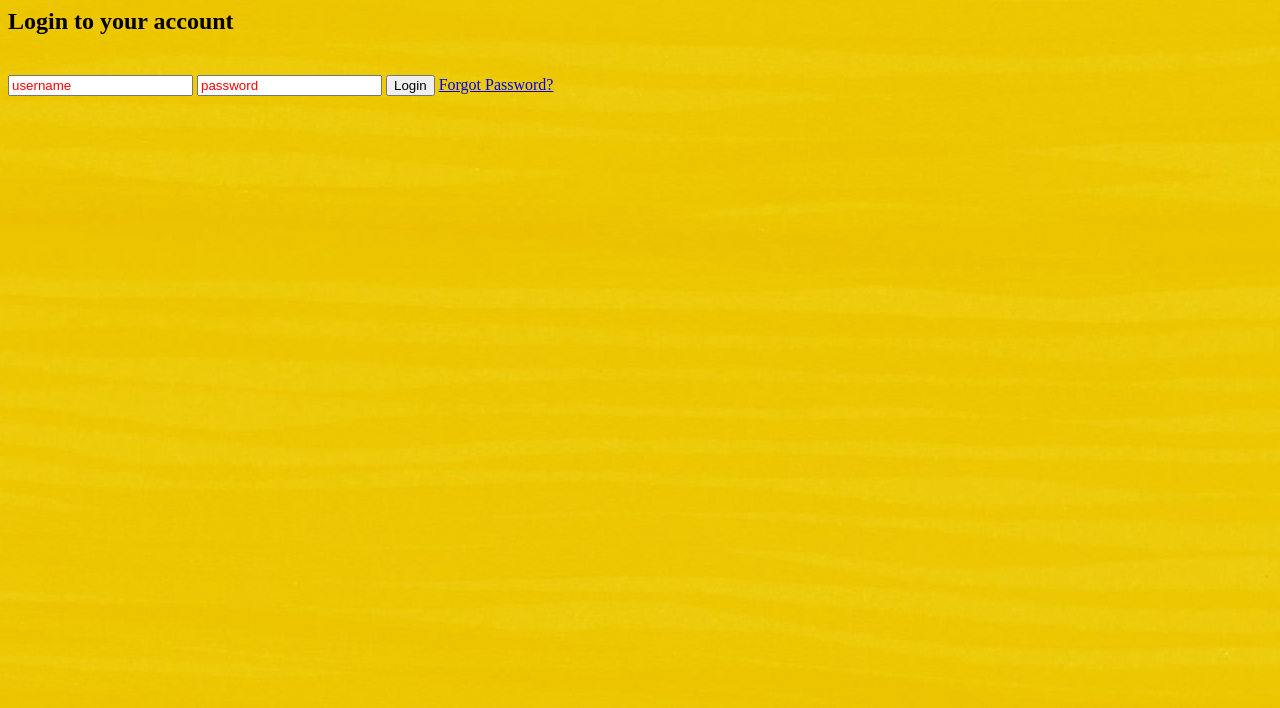
Repository: praveenshetg/GOLDEN-ROD
Page: Duolingo/papi-front/WebContent/login.html
These files come from the project's save history. The page is drawn as it stood at one moment and after a run of saves; the edit follows.
The browser window is 1280 px wide. The pictures show the whole page.

Above is the page before, as saved 2018-05-10 13:15:21.
Console error: ReferenceError: $ is not defined

After the next 2 saves:
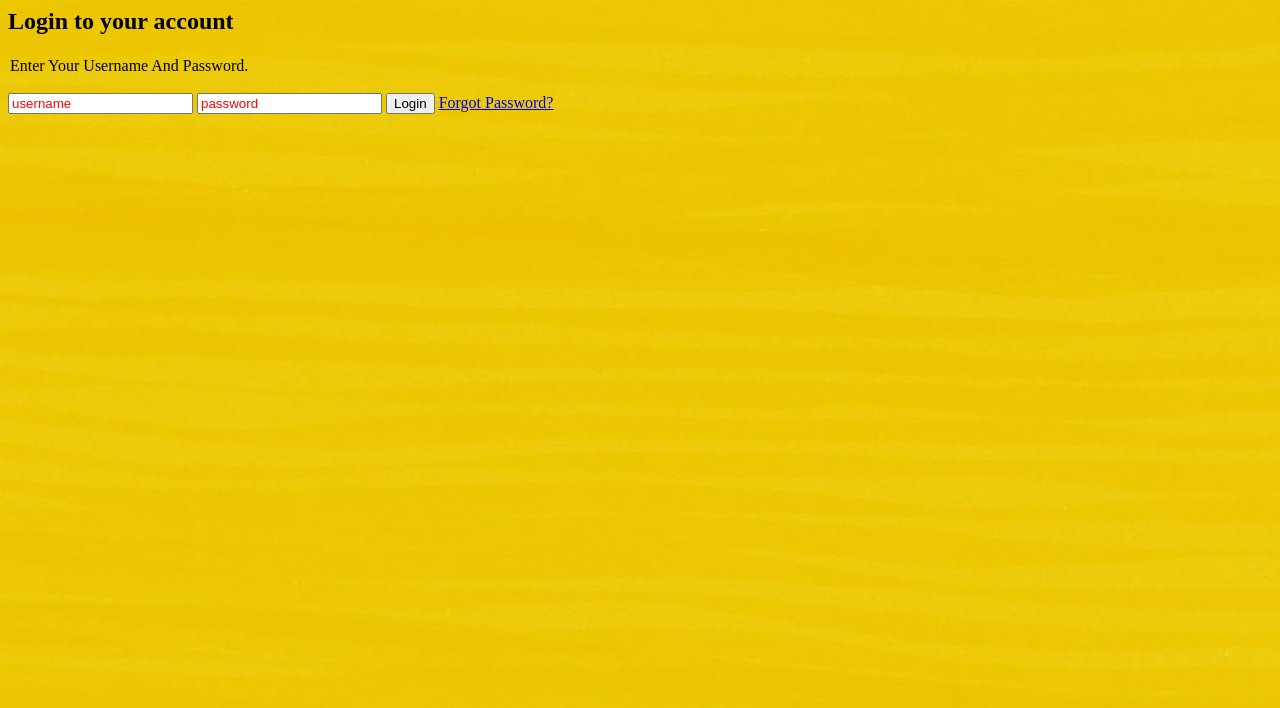
The 2 saves are shown as one change because they came seconds apart.
The last was saved 15 s later.
--- a/Duolingo/papi-front/WebContent/login.html
+++ b/Duolingo/papi-front/WebContent/login.html
@@ -21,7 +21,7 @@ body {
 <div class="log-form" id="login_form">
   <h2>Login to your account</h2>
   <form action="">
-  <p style="padding:2px;" id="login-error-msg"></p>
+  <p style="padding:2px;" id="login-error-msg">Enter Your Username And Password.</p>
     <input type="text" title="username" placeholder="username" id="pw-username" required/>
     <input type="password" title="username" placeholder="password"  id="pw-password"  required/>
     <button type="submit" class="login-btn btn" id="login-btn">Login</button>
